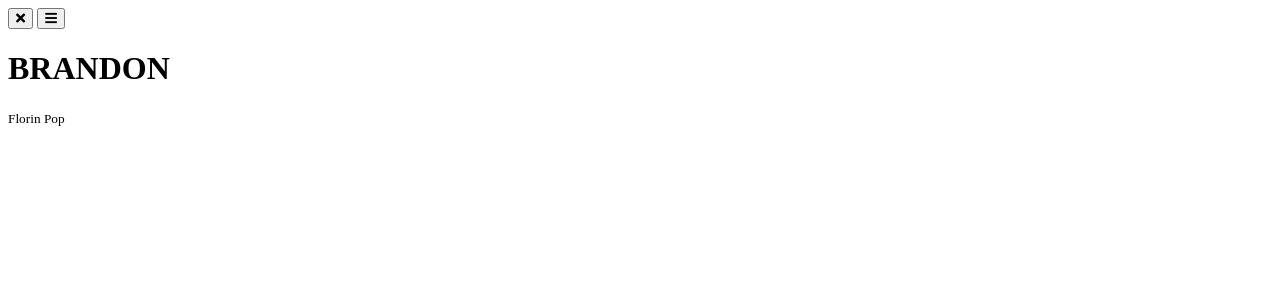
Repository: BrandonTuan777/Javascript-Basic-Projects
Page: Content & Circle Styling/index.html
These files come from the project's save history. The page is drawn as it stood at one moment and after a run of saves; the edit follows.
The browser window is 1280 px wide. The pictures show the whole page.

Above is the page before, as saved 2021-09-09 19:40:53.

After the next 4 saves:
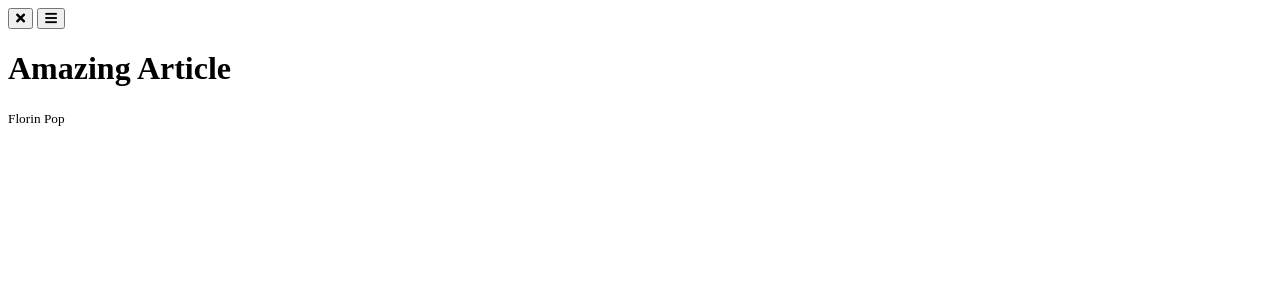
The 4 saves are shown as one change because they came seconds apart.
The last was saved 16 s later.
--- a/Content & Circle Styling/index.html
+++ b/Content & Circle Styling/index.html
@@ -28,7 +28,7 @@
           </div>
 
           <div class="content">
-              <h1>BRANDON</h1>
+              <h1>Amazing Article</h1>
               <small>Florin Pop</small>
           </div>
       </div>
